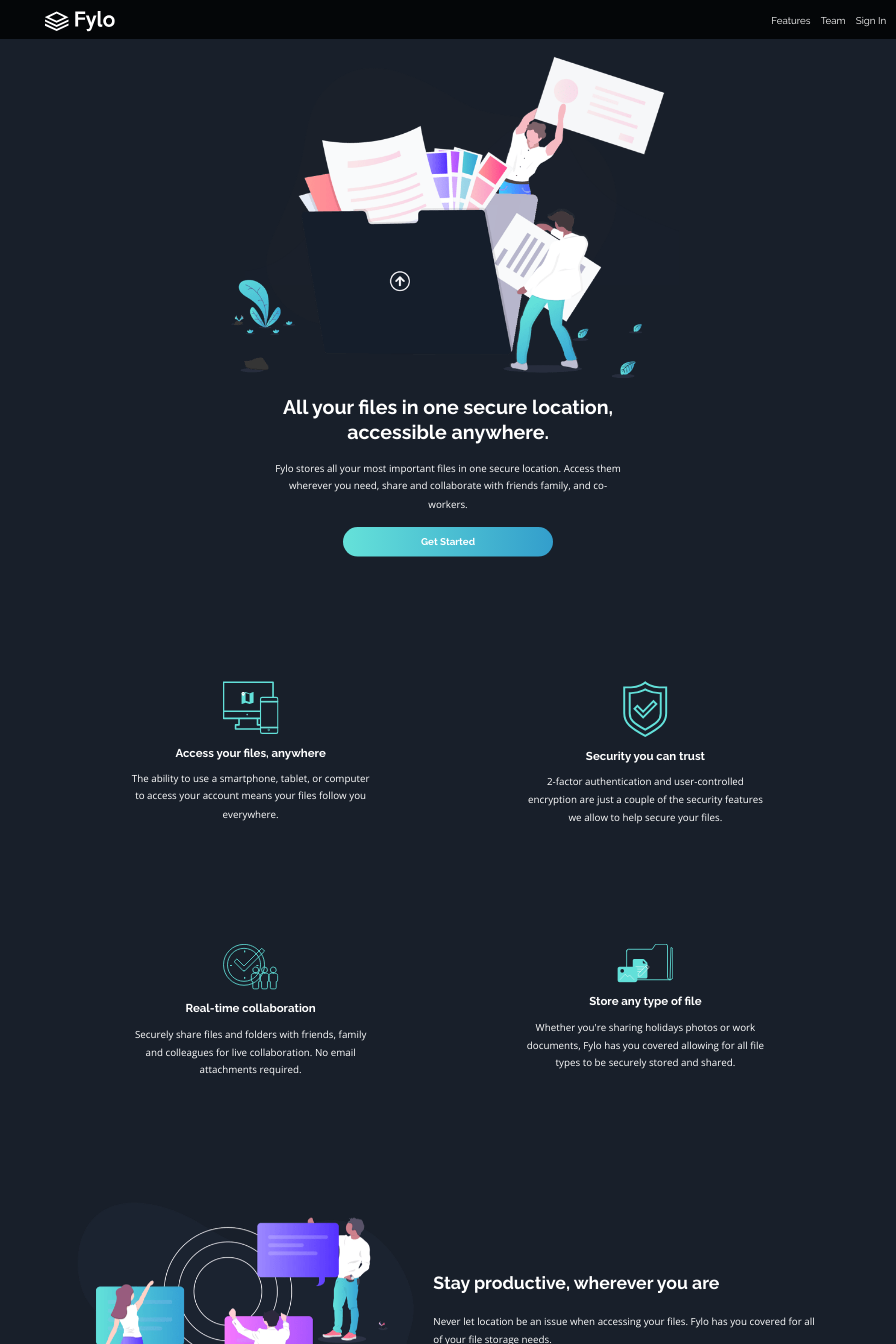
Repository: Pedrohamoura-Git/fylo-landing-page
Page: index.html
An editor plug-in stored every save of this project. The page is shown before and after the next save, followed by the edit.
The browser window is 1280 px wide. The pictures show the part of the page from y = 0 to 1920 px (the page is 3396 px tall before and 3262 px after), at 70% of full size.

Above is the page before, as saved 2021-07-12 08:32:49.

After the next save:
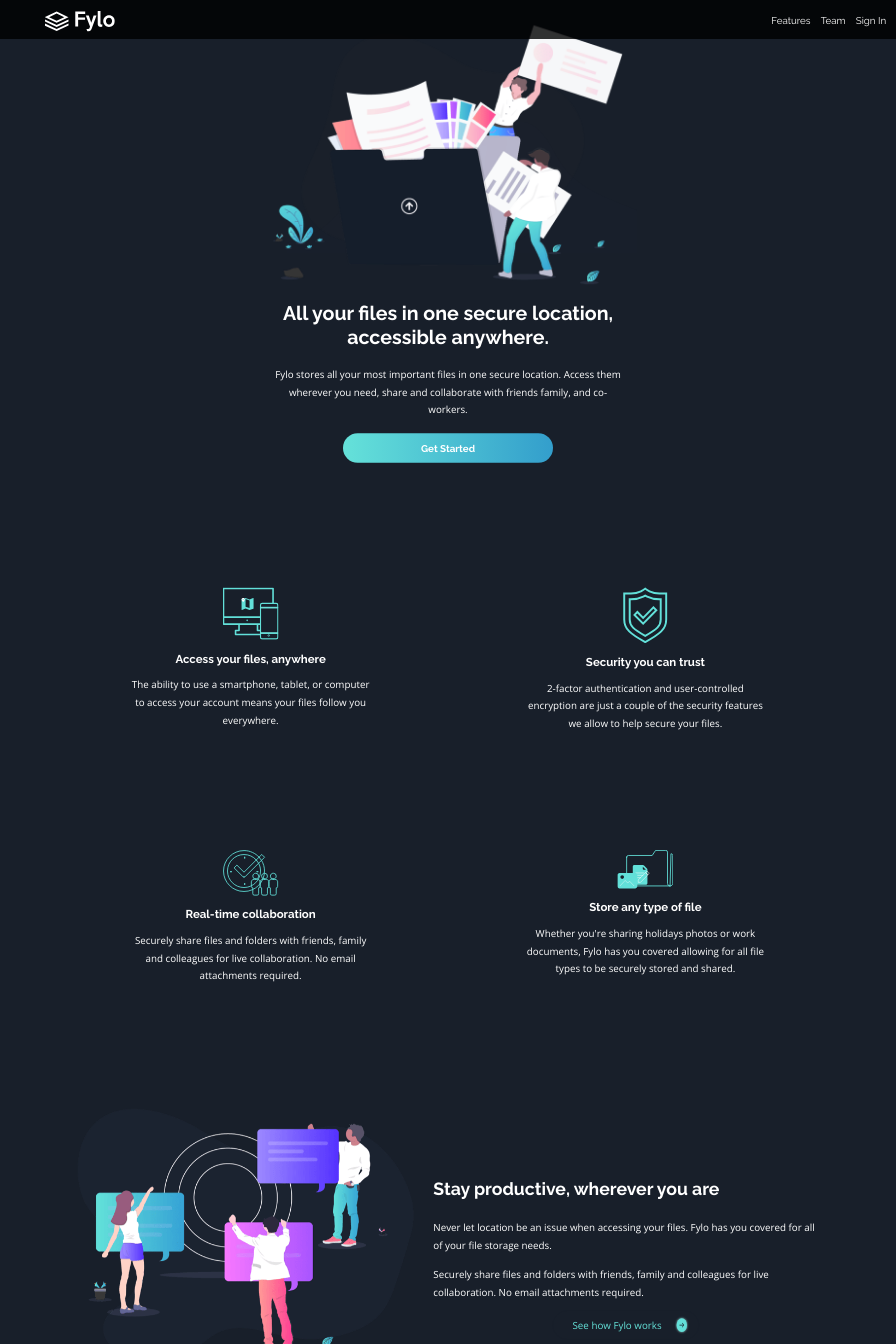
Saved 24 s later.
--- a/css/style.css
+++ b/css/style.css
@@ -531,6 +531,11 @@
 
 
 @media (min-width: 900px) {
+    #intro img {
+        max-height: 500px;
+        width: 100%;
+        max-width: 500px;
+    }
 
     #productive {
         display: flex;

After the 2 saves that followed:
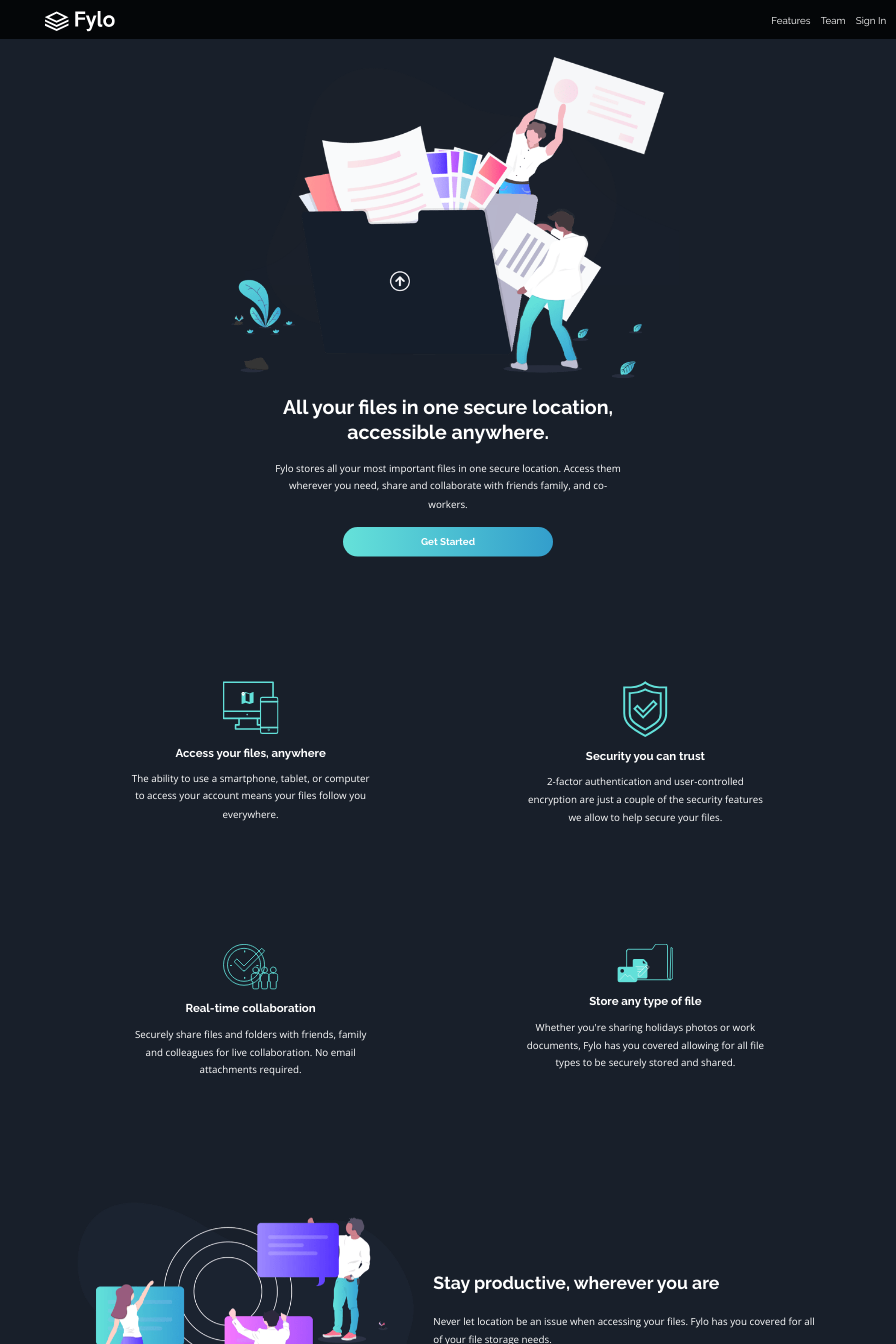
The 2 saves are shown as one change because they came seconds apart.
The last was saved 7 s later.
--- a/css/style.css
+++ b/css/style.css
@@ -532,9 +532,9 @@
 
 @media (min-width: 900px) {
     #intro img {
-        max-height: 500px;
+        /* max-height: 500px; */
         width: 100%;
-        max-width: 500px;
+        /* max-width: 500px; */
     }
 
     #productive {
